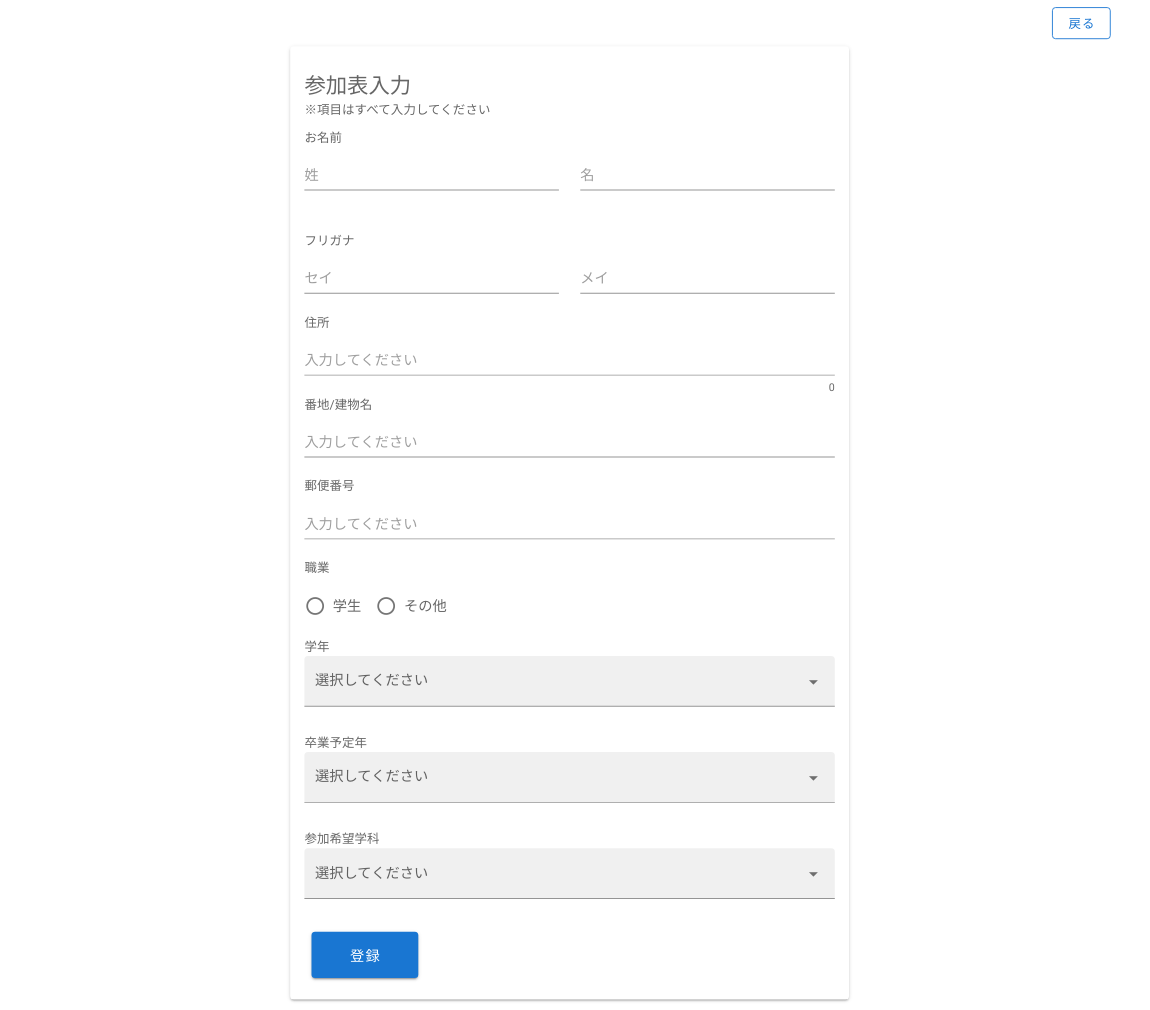
Repository: taniwhy/open-campus-system
Page: /#/register (app in client_view/)
These files come from the project's save history. The page is drawn as it stood at one moment and after the next save; the edit follows.
The browser window is 1280 px wide. The page is 1292 px wide, so the pictures cover 1292 px, including what lies to the right of the window. The pictures show the whole page, at 89% of full size.
The project was rebuilt for these pictures with package versions that can differ from the ones it lists, and the page was loaded fresh each time. Also part of the build but not shown: client_view/vue.config.js, client_view/src/components/Home.vue, client_view/src/components/Login.vue, client_view/src/components/Branch.vue.

Above is the page before, as saved 2019-11-28 10:28:54.

After the next save:
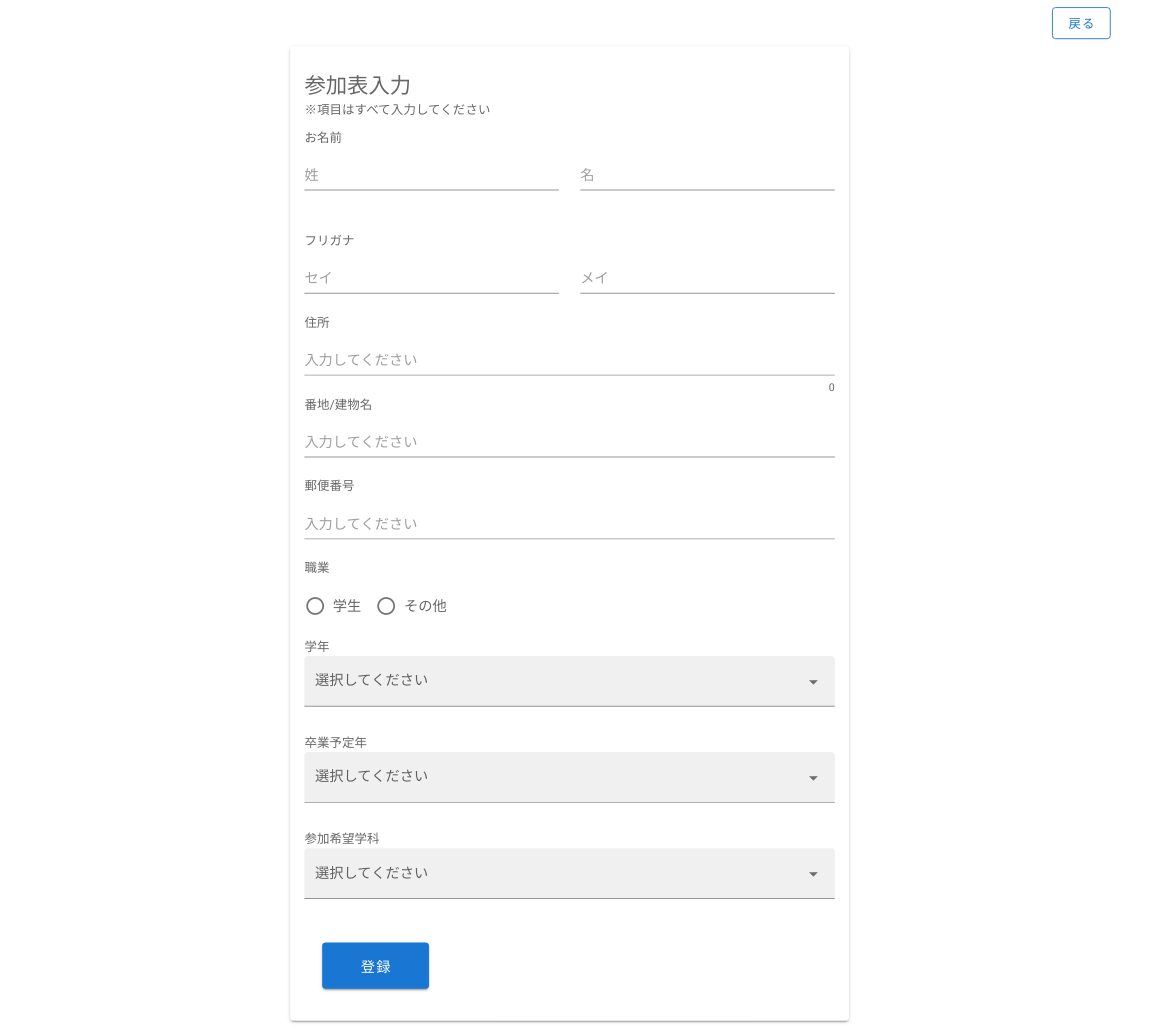
Saved 40 s later.
--- a/client_view/src/components/Register.vue
+++ b/client_view/src/components/Register.vue
@@ -99,7 +99,9 @@
             <v-select :items="yotei_items" filled label="選択してください"></v-select>参加希望学科
             <v-select :items="gakka_items" filled label="選択してください"></v-select>
             <v-card-actions>
-              <v-btn x-large color="primary" width="120px">登録</v-btn>
+              <v-col>
+                <v-btn x-large color="primary" width="120px">登録</v-btn>
+              </v-col>
             </v-card-actions>
           </v-card-text>
         </v-card>
